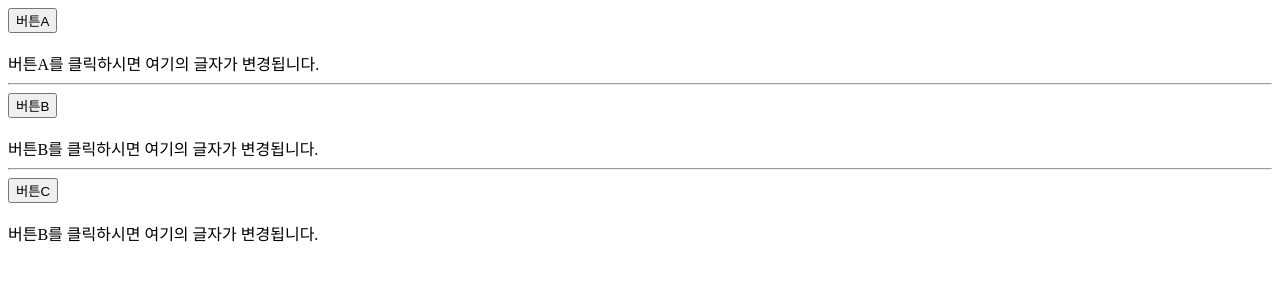
Repository: l3asic/TeamC
Page: 09.jQuery/WebContent/jq03.html
These files come from the project's save history. The page is drawn as it stood at one moment and after the next save; the edit follows.
The browser window is 1280 px wide. The pictures show the whole page.
After loading, the first visible `#btn3` was clicked once.

Above is the page before, as saved 2021-12-08 06:59:15.
Console error: TypeError: document.getElementById(...).innerHTML is not a function

### 09.jQuery/WebContent/jq03.html
<!DOCTYPE html>
<html>
<head>
<meta charset="UTF-8">
<title>jQuery03</title>

<script type="text/javascript" src="https://code.jquery.com/jquery-3.6.0.min.js"></script>
<script type="text/javascript" src="jquery/jquery-3.6.0.js"></script>
<script type="text/javascript">
$(document).ready(function(){
	$("#btn1").on("click", function(){
		$("#display1").empty();
		$("#display1").append("안녕하세요^^");
	});	//on()

	$("#btn2").click(function(){
		$("#display2").html("반갑습니다^^");
	});	//click()
});	//ready()

function fnClick(){
	document.getElementById("display3").innerHTML("");
	document.getElementById("display3").innerHTML("어서오세요^^");
	//alert(display);
	//display.document.write("어서오세요^^");
	//var msg = document.getElementById("display3").value;
	//alert(msg);
	//document.getElementById("display3").value = "어서오세요^^";
}
</script>

</head>
<body>
<button id="btn1">버튼A</button>
<br/><br/>
<div id="display1">
버튼A를 클릭하시면 여기의 글자가 변경됩니다.
</div>

<hr>

<button id="btn2">버튼B</button>
<br/><br/>
<div id="display2">
버튼B를 클릭하시면 여기의 글자가 변경됩니다.
</div>

<hr>

<button id="btn3" onclick="fnClick()">버튼C</button>
<br/><br/>
<div id="display3">
버튼B를 클릭하시면 여기의 글자가 변경됩니다.
</div>
</body>
</html>

Loaded but not shown: 09.jQuery/WebContent/jquery/jquery-3.6.0.js (library)

After the next save:
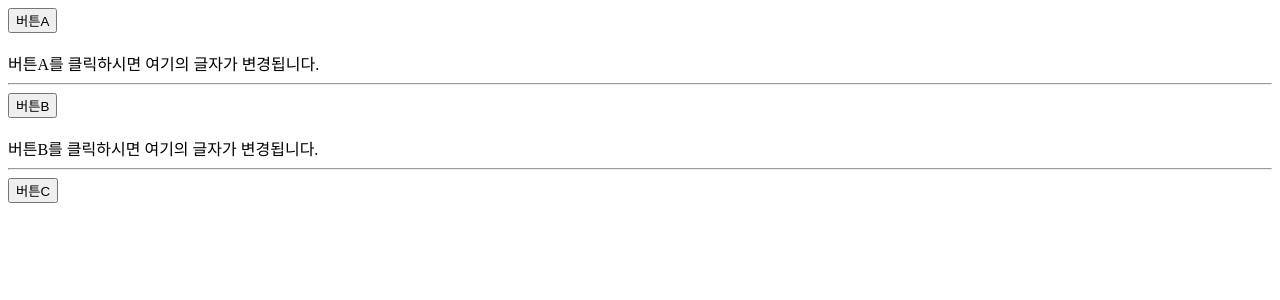
The error is gone.
Saved 2 min 40 s later.
--- a/09.jQuery/WebContent/jq03.html
+++ b/09.jQuery/WebContent/jq03.html
@@ -19,13 +19,8 @@ $(document).ready(function(){
 });	//ready()
 
 function fnClick(){
-	document.getElementById("display3").innerHTML("");
-	document.getElementById("display3").innerHTML("어서오세요^^");
-	//alert(display);
-	//display.document.write("어서오세요^^");
-	//var msg = document.getElementById("display3").value;
-	//alert(msg);
-	//document.getElementById("display3").value = "어서오세요^^";
+	var display = document.getElementById("display3");
+	display.innerText = "";
 }
 </script>
 
